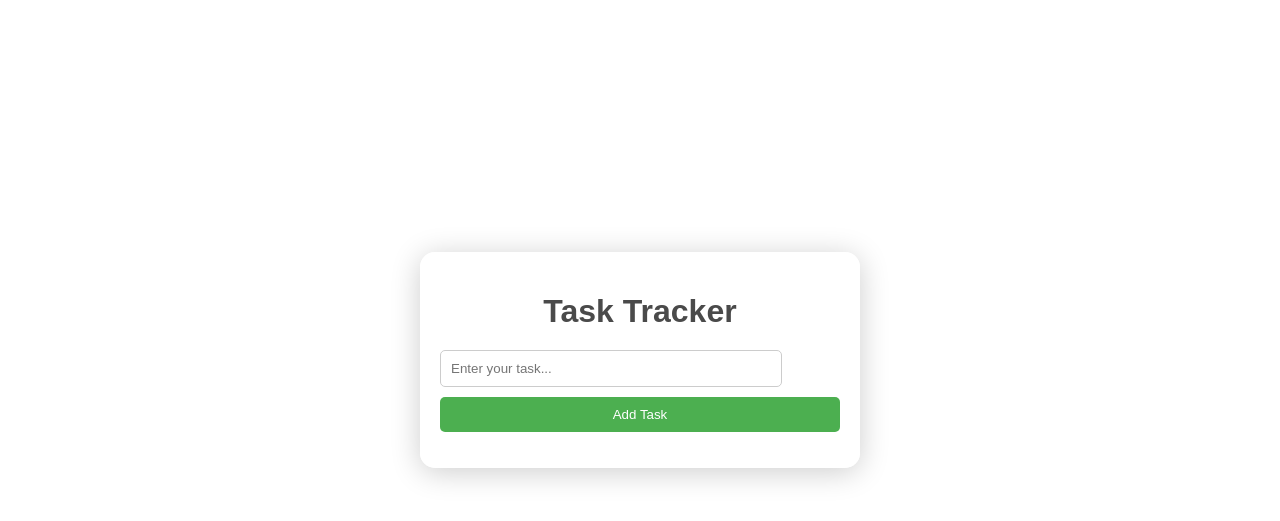
Repository: ShahdKItany/Task-List
Page: index.html
These files come from the project's save history. The page is drawn as it stood at one moment and after the next save; the edit follows.
The browser window is 1280 px wide. The pictures show the whole page.

Above is the page before, as saved 2024-10-23 01:36:14.
Not found: image2.jpg

After the next save:
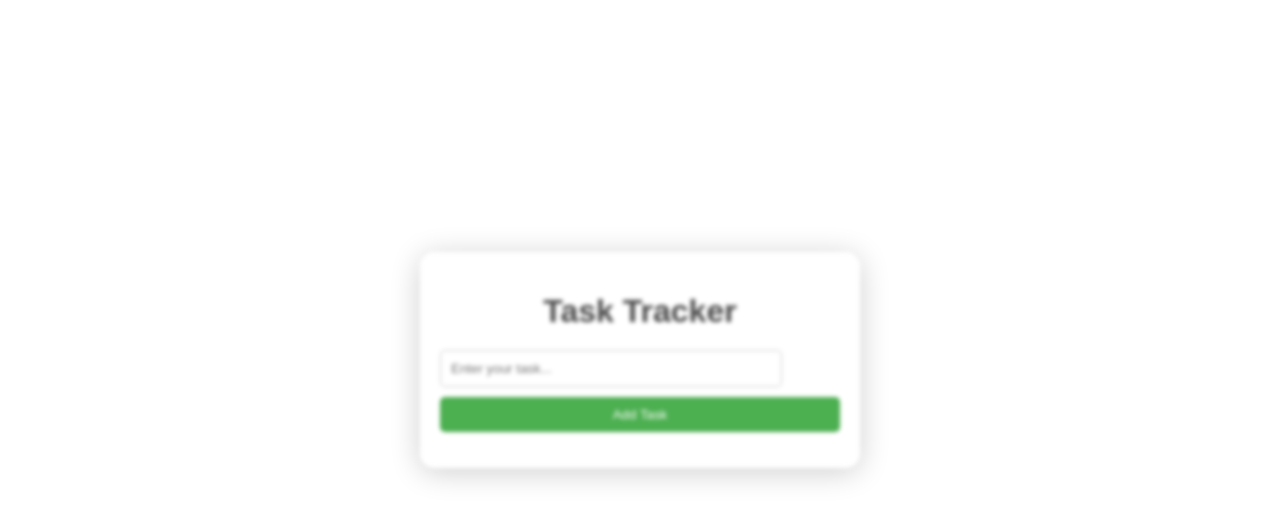
Saved 9 s later.
--- a/styles.css
+++ b/styles.css
@@ -2,7 +2,7 @@ body {
     font-family: 'Arial', sans-serif;
     background: url('image2.jpg') no-repeat center center fixed;
     background-size: cover;
-   /* filter: blur(2px);*/
+    filter: blur(2px);
     margin: 0;
     display: flex;
     justify-content: center;
